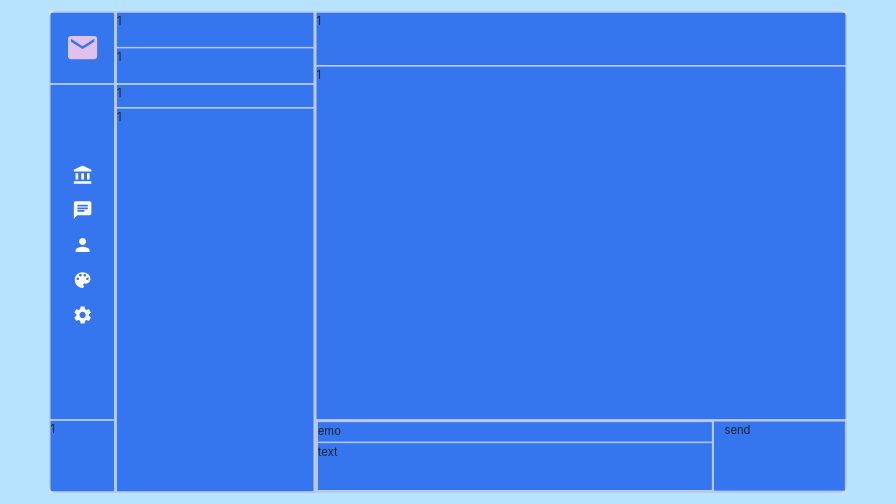
Repository: arafat877/super-chat
Page: /
An editor plug-in stored every save of this project. The page is shown before and after the next save, followed by the edit.
The browser window is 1280 px wide. The pictures show the whole page, at 70% of full size.
The project was rebuilt for these pictures with package versions that can differ from the ones it lists, and the page was loaded fresh each time.

Above is the page before, as saved 2020-08-06 22:38:52.

After the next save:
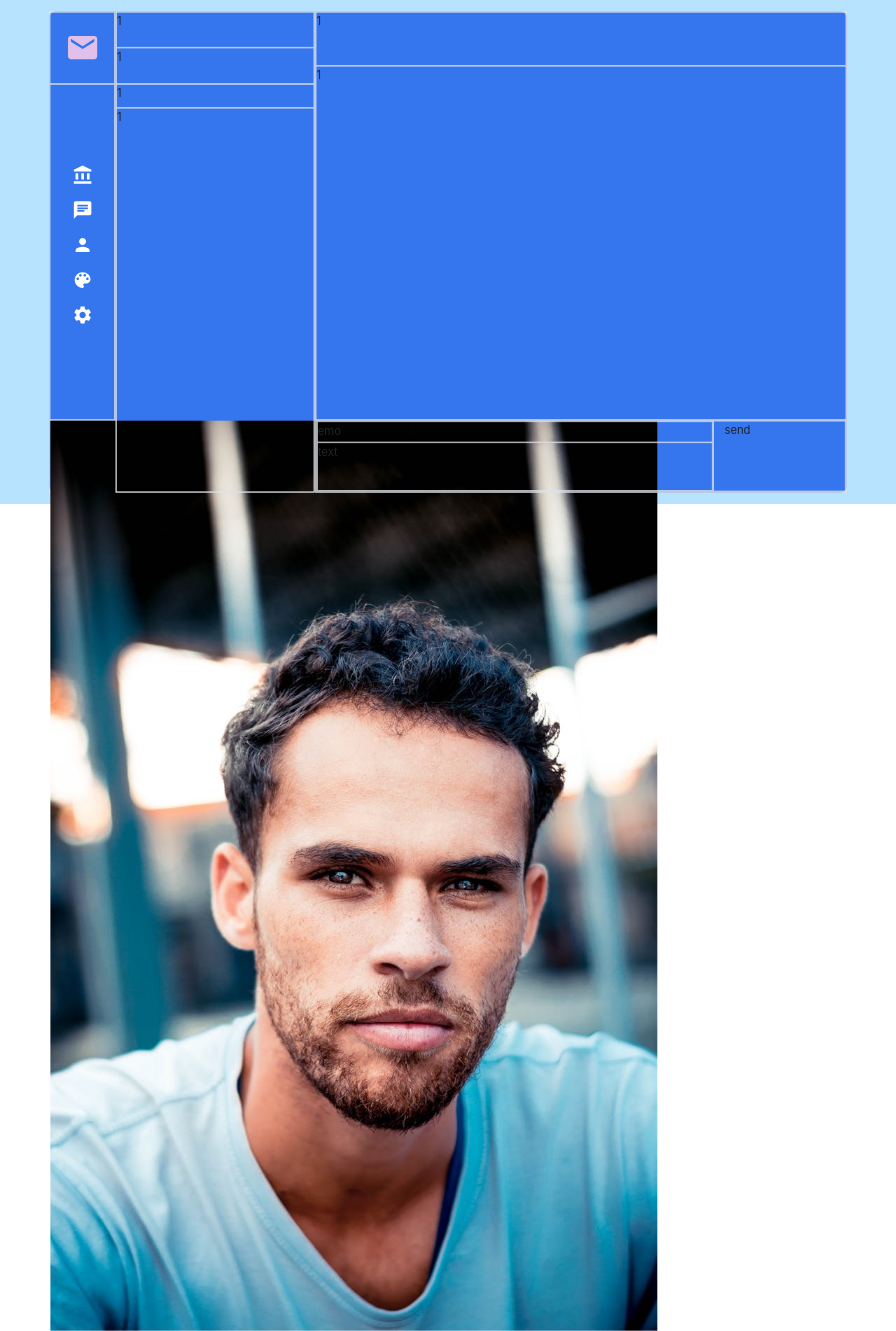
Saved 42 s later.
--- a/src/App.js
+++ b/src/App.js
@@ -37,7 +37,9 @@ function App() {
                 </li>
               </ul>
             </div>
-            <div className="row border photoRow">1</div>
+            <div className="row border photoRow">
+              <img src={require("./assets/m1.jpeg")} alt="profile"/>
+            </div>
           </div>
           <div className="col-md-3 container h-100 border secondCol">
             <div className="row border searchRow">1</div>

After the 2 saves that followed:
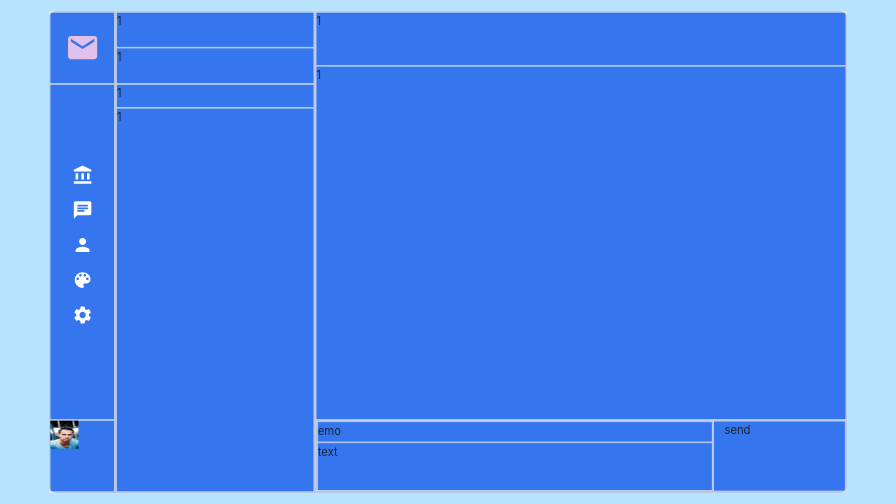
The 2 saves are shown as one change because 1 left the picture as it was.
The last was saved 42 s later.
--- a/src/App.js
+++ b/src/App.js
@@ -38,7 +38,7 @@ function App() {
               </ul>
             </div>
             <div className="row border photoRow">
-              <img src={require("./assets/m1.jpeg")} alt="profile"/>
+              <img className="profilePhoto" src={require("./assets/m1.jpeg")} alt="profile"/>
             </div>
           </div>
           <div className="col-md-3 container h-100 border secondCol">
--- a/src/App.scss
+++ b/src/App.scss
@@ -33,6 +33,11 @@
       }
       .photoRow {
         height: 15%;
+
+        .profilePhoto{
+            height: 40px;
+            width: 40px;
+        }
       }
     }
 
